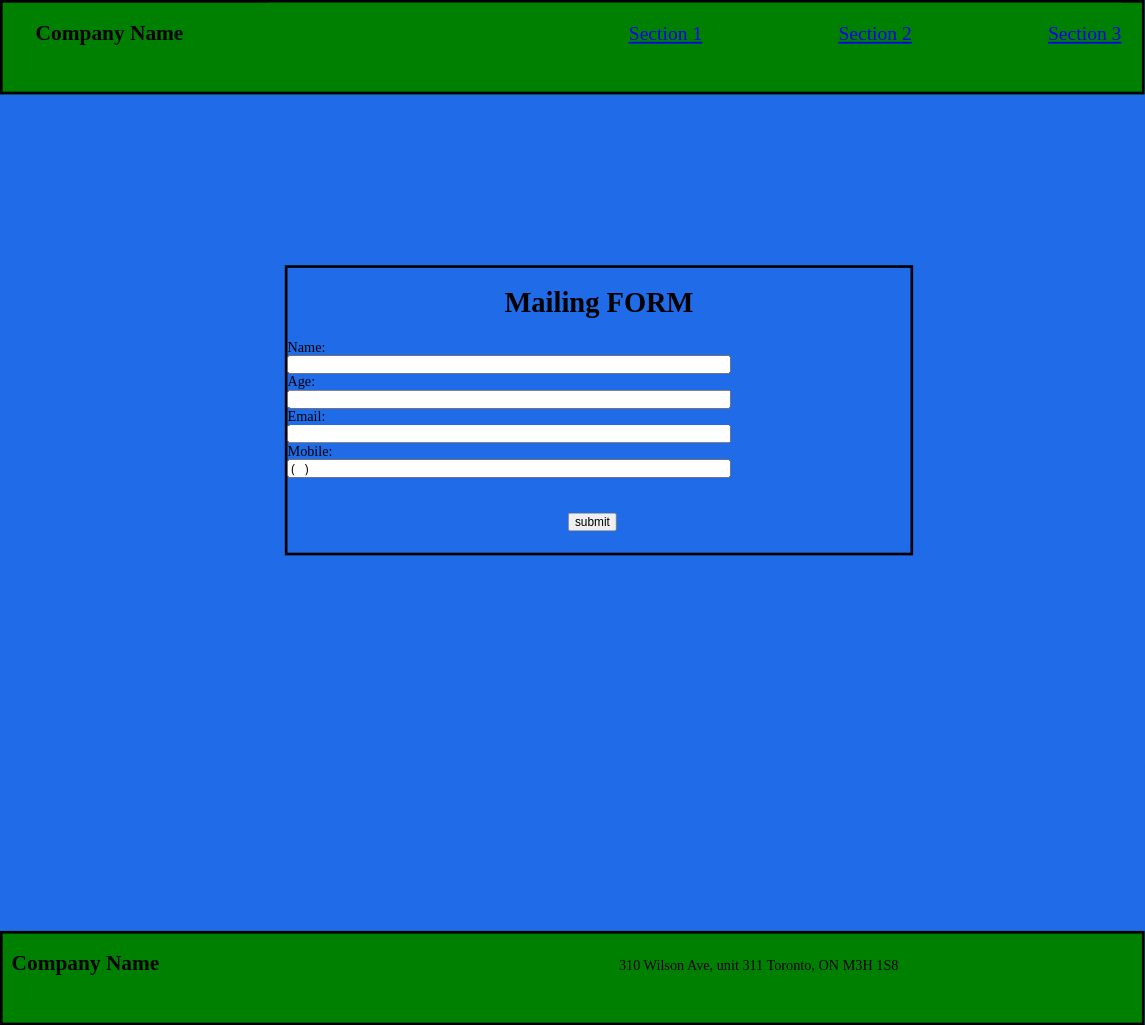
Repository: helloneibor/Project2
Page: section3.html
The author's editor kept a record of every edit. The page is drawn from the files as they stood at one moment, then again after the next edit.
The browser window is 1280 px wide. The page is 1286 px wide, so the pictures cover 1286 px, including what lies to the right of the window. The pictures show the whole page, at 89% of full size.

Above is the page before.

### section3.html
<!DOCTYPE html>
<html lang="en">
<head>
    <meta charset="UTF-8">
    <meta name="viewport" content="width=device-width, initial-scale=1.0">
    <meta http-equiv="X-UA-Compatible" content="ie=edge">
    <link rel="stylesheet"href="css/main.css"type="text/css" />
    <title> Project 2 </title>
</head>
<body>
        <header>
            <h2>Company Name</h2>
            <nav class="header_nav">
                <ul>
                    <li class="li1"><a href="section1.html">Section 1</a></li>
                    <li class="li1"><a href="section2.html">Section 2</a></li>
                    <li class="li1"><a href="section3.html">Section 3</a></li>
                </ul>
            </nav>
        </header>
            <form action="https://github.com/helloneibor/Project2" method="post">
                    <h1> Mailing FORM </h1>
                <label for="Name">Name:</label>
                <input class="form_one" type="text" name="Name"/>
                <label for="Age">Age:</label>
                <input class="form_one" type="text" name="Age"/>
                <label for="Email">Email:</label>
                <input class="form_one" type="text" name="Email"/>
                <label for="Mobile">Mobile:</label>
                <input class="form_one" type="text" name="Mobile" value="(   )"/><br>
                    <input id="submit_one" type="submit" value="submit"/>
                </form>
                     <footer>
            <nav class="footer_nav">
                <h2 id="footer_head"> Company Name </h2>
                <p class="para_footer"> 310 Wilson Ave,
                unit 311
                Toronto, ON M3H 1S8 </p>
            </nav>
        </footer>
    </body>
        </html>

### css/main.css
body {
    background-color: #206ce8;
/*    border-style: solid;
    border-color: black;
    border-width: 5px;*/
    margin: 0px;
    padding: 0px;
}

header {
    height: 100px;
    background-color: green;
    border-bottom-color: black;
    border-style: solid;
    border-color: black;
    width: 100%;
    display: inline-block;
}

.header_nav {
    background-color: green;
    display:inline-block;
    width: 75%;
    text-align: right;
    font-size: 22px;
}

.header_nav .li1 {
    display: inline-block;
    width: 15%;
    text-align: right;
    margin-left: 10%;
}

h2 {
    width:20%;
    display: inline-block;
    margin-left: 37px;
}

#footer_head {
    width:20%;
    display: inline-block;
    margin-left: 10px;
}

footer {
    height: 100px;
    background-color: green;
    border-bottom-color: black;
    border-style: solid;
    border-color: black;
    width: 100%;
    display: inline-block;
    margin-top: 33%;
}

.para_footer {
    display:inline-block;
    text-align: right;
    margin-left: 33%;
    margin-right: 0px;
}

.countainer {
    width: 100%;
    height: 100%;
    margin-top: 25%;
}

.col3 {
    width: 20%;
    height: 20%;
    display: inline-block;
}

div {
    display: inline-block;
    width: 14%;
    height: 200px;
    margin-left: 100px;
    border-color: black;
    border-width: 3px;
    border-style: solid;
}

.img_one {
    height: 140px;
    width: 140px;
    margin:3px;
}

.div_foot {
    color: black;
    font-size: 20px;
}

form {
    height: 320px;
    width: 700px;
    border-color: black;
    border-width: 3px;
    border-style: solid;
    margin-left: 25%;
    margin-top: 15%;
}

.form_one {
    display: block;
    width: 70%;
}

form h1 {
    text-align: center;
    text-decoration: bold;
}

#submit_one {
    margin-left: 45%;
    margin-top: 3%;
}

After the next edit:
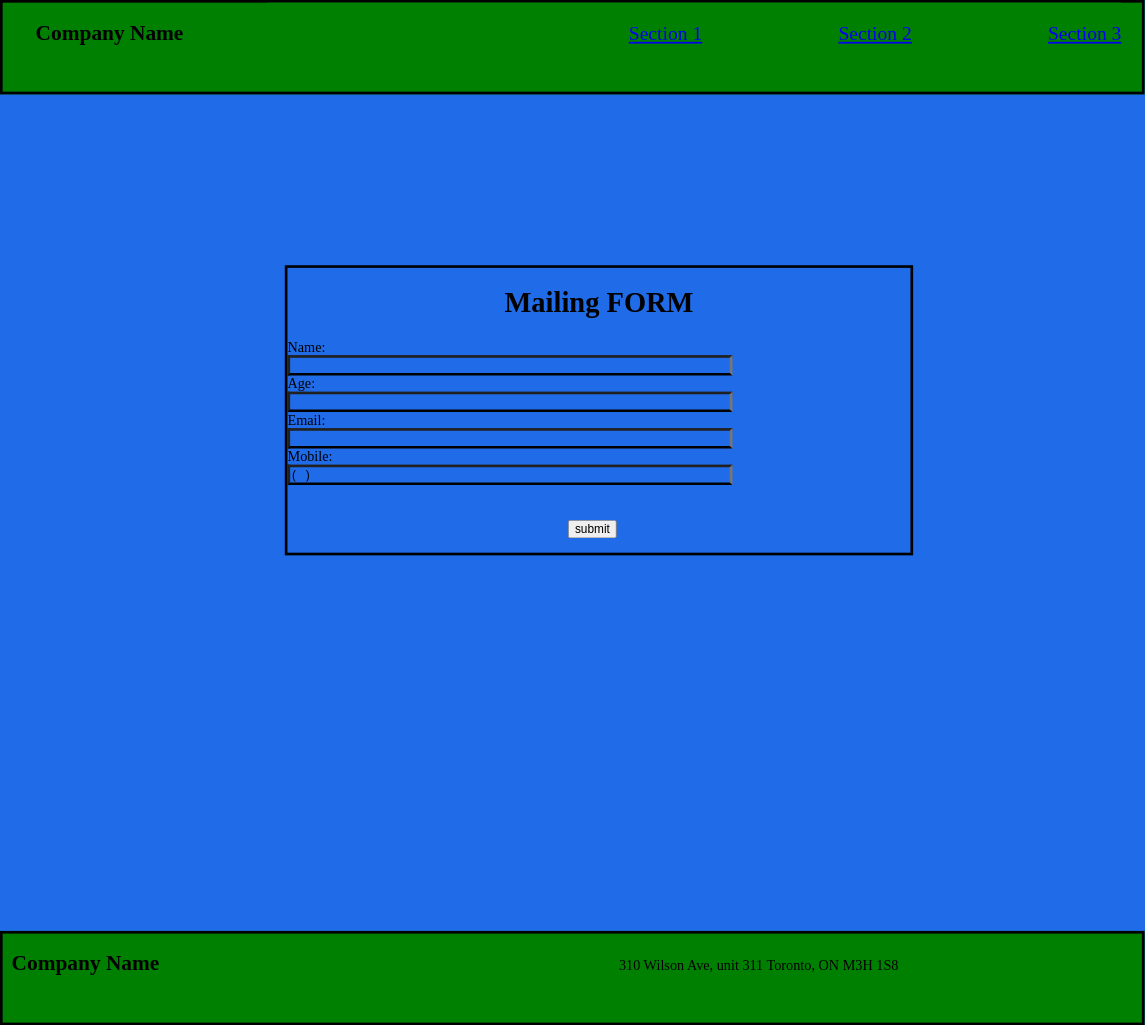
The edit:
--- a/css/main.css
+++ b/css/main.css
@@ -108,6 +108,9 @@
 .form_one {
     display: block;
     width: 70%;
+    background-color: inherit;
+    border-bottom: solid;
+    border-width: inherit;
 }
 
 form h1 {
